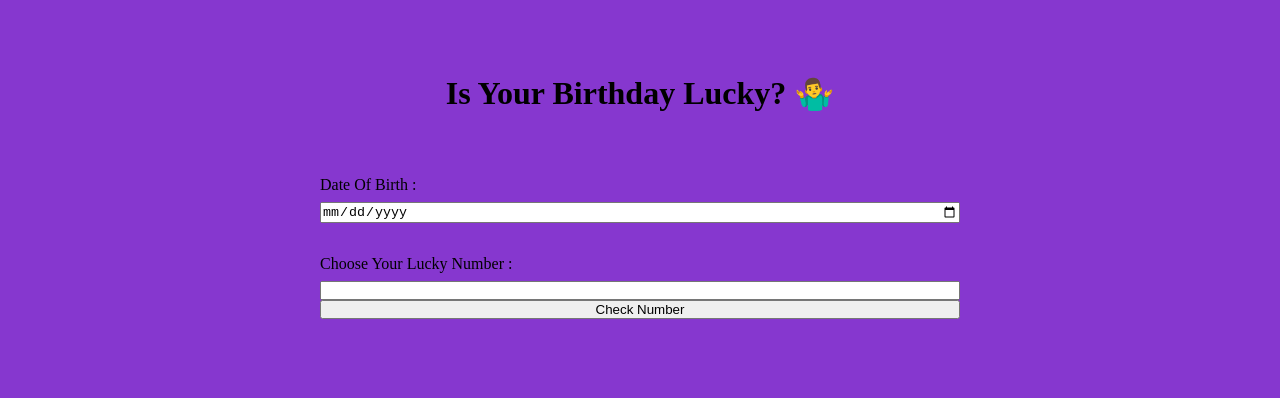
Repository: patelamancode/Lucky-Birthday-App
Page: index.html
An editor plug-in stored every save of this project. The page is shown before and after the next save, followed by the edit.
The browser window is 1280 px wide. The pictures show the whole page.

Above is the page before, as saved 2022-11-21 17:12:58.

After the next save:
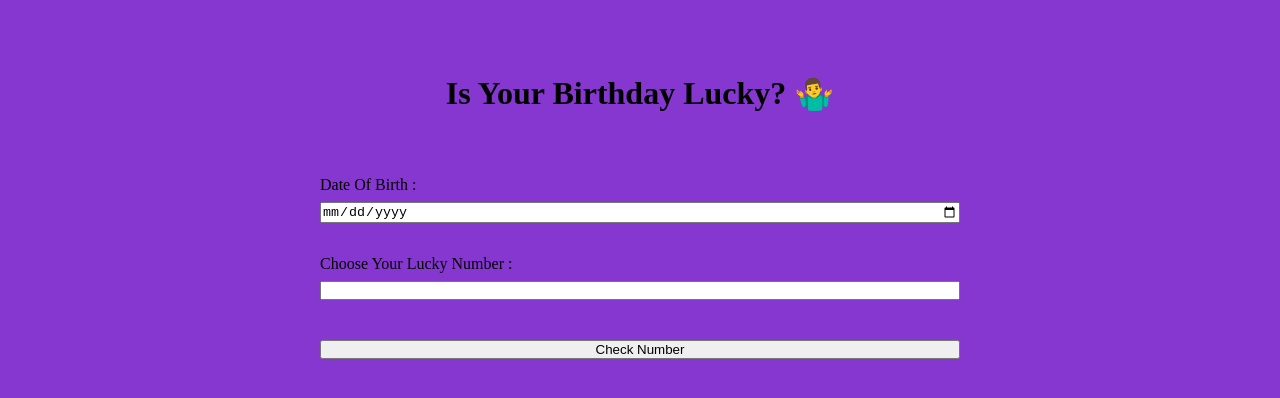
Saved 31 s later.
--- a/index.css
+++ b/index.css
@@ -29,3 +29,6 @@
     -webkit-appearance: none;
     box-shadow: none !important;
  } */
+ button{
+    margin-top: 2.5rem;
+ }
